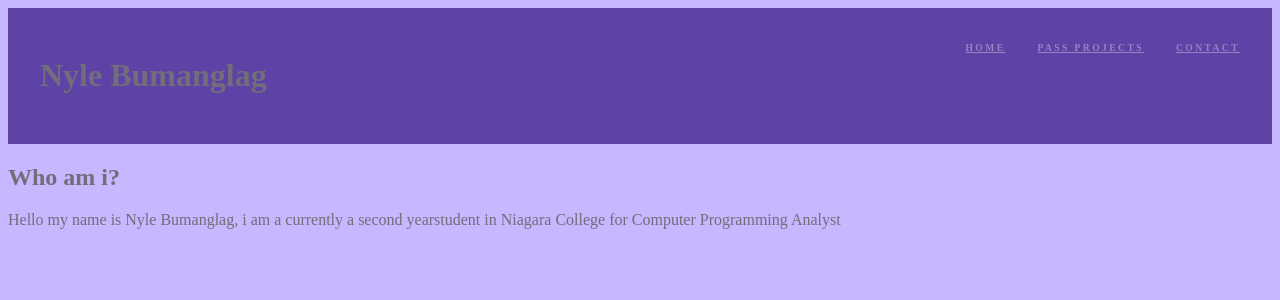
Repository: NyleNC/main
Page: index.html
An editor plug-in stored every save of this project. The page is shown before and after the next save, followed by the edit.
The browser window is 1280 px wide. The pictures show the whole page.

Above is the page before, as saved 2024-11-06 23:25:54.

### index.html
<!DOCTYPE html>
<html lang="en">
<head>
    <meta charset="UTF-8">
    <meta name="viewport" content="width=device-width, initial-scale=1.0">
    <title>Nyle Bumanglag</title>
    <link rel="stylesheet" href="style.css">
</head>
<header id="header"><h1>Nyle Bumanglag</h1>
    <nav>
        <ul>
            <li><a href="index.html">Home</a></li>
            <li><a href="projects.html">Pass Projects</a></li>
            <li><a href="Contact.html">Contact</a></li>
        </ul>
    </nav>

</header>
<body>
    <h2>Who am i?</h2>
    <p>Hello my name is Nyle Bumanglag, i am a currently a second yearstudent in Niagara College for Computer Programming Analyst</p>

</body>
</html>

### style.css
body{
    background: #c8b6ff;
    color: rgb(113, 109, 122);
}

#header {
    display: -moz-flex;
    display: -webkit-flex;
    display: -ms-flex;
    display: flex;
    background-color: #5e42a6;
    cursor: default;
    padding: 1.75em 2em;
}

    #header > .title {
        border: 0;
        color: #ffffff;
        display: block;
        font-size: 1.25em;
        font-weight: bold;
    }

    #header > nav {
        -moz-flex: 1;
        -webkit-flex: 1;
        -ms-flex: 1;
        flex: 1;
        text-align: right;
    }

        #header > nav > ul {
            margin: 0;
            padding: 0;
        }

            #header > nav > ul > li {
                display: inline-block;
                margin-left: 1.75em;
                padding: 0;
                vertical-align: middle;
            }

                #header > nav > ul > li:first-child {
                    margin-left: 0;
                }

                #header > nav > ul > li a {
                    border: 0;
                    color: rgba(255, 255, 255, 0.35);
                    display: inline-block;
                    font-size: 0.6em;
                    font-weight: bold;
                    letter-spacing: 0.25em;
                    text-transform: uppercase;
                }

                    #header > nav > ul > li a:hover {
                        color: rgba(255, 255, 255, 0.55);
                    }

                    #header > nav > ul > li a.active {
                        color: #ffffff;
                    }

After the next save:
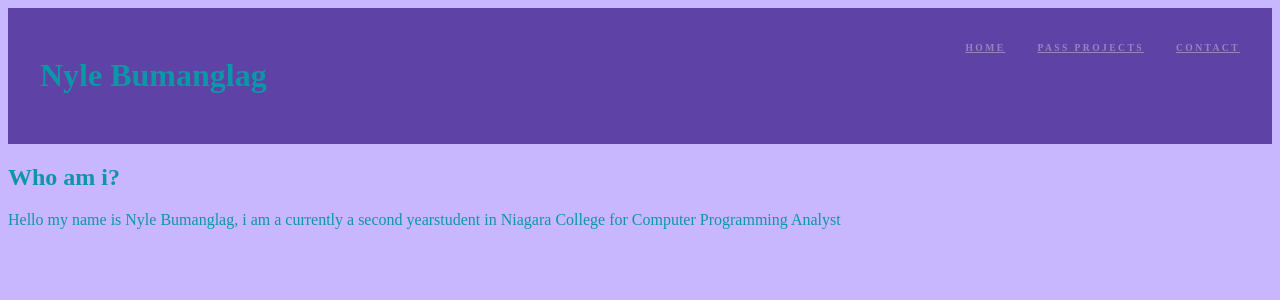
Saved 18 s later.
--- a/style.css
+++ b/style.css
@@ -1,6 +1,6 @@
 body{
     background: #c8b6ff;
-    color: rgb(113, 109, 122);
+    color: rgb(13, 150, 168);
 }
 
 #header {
